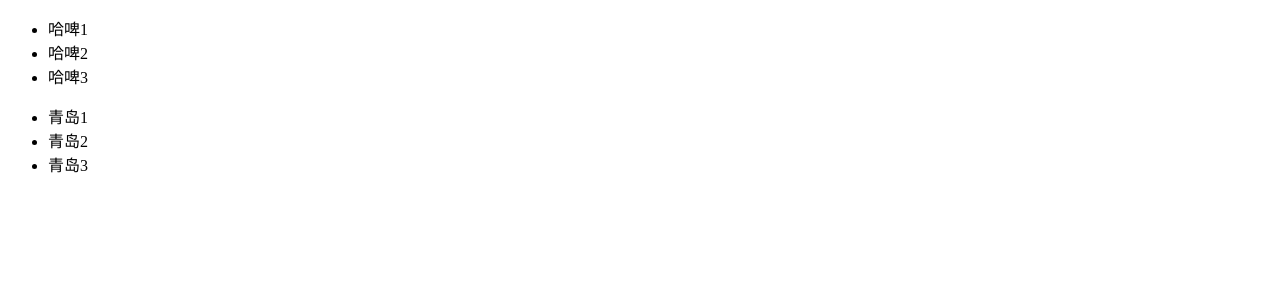
Repository: wyhzglgithub/mygitremote
Page: css/21-内墙法.html
The author's editor kept a copy of each file at every save. The page is drawn from the files as they stood at one save, then again after a run of saves.
The browser window is 1280 px wide. The pictures show the whole page.

Above is the page before, as saved 2021-10-13 17:28:38.

### css/21-内墙法.html
<!DOCTYPE html>
<html lang="en">
<head>
    <meta charset="UTF-8">
    <meta http-equiv="X-UA-Compatible" content="IE=edge">
    <meta name="viewport" content="width=device-width, initial-scale=1.0">
    <title>内墙法清除浮动</title>
    <style>

    </style>

</head>
<body>
    <div class="box1">
        <ul>
            <li>哈啤1</li>
            <li>哈啤2</li>
            <li>哈啤3</li>
        </ul>
    </div>
    <div class="box2">
        <ul>
            <li>青岛1</li>
            <li>青岛2</li>
            <li>青岛3</li>
        </ul>
    </div>
</body>
</html>

After the next 3 saves:
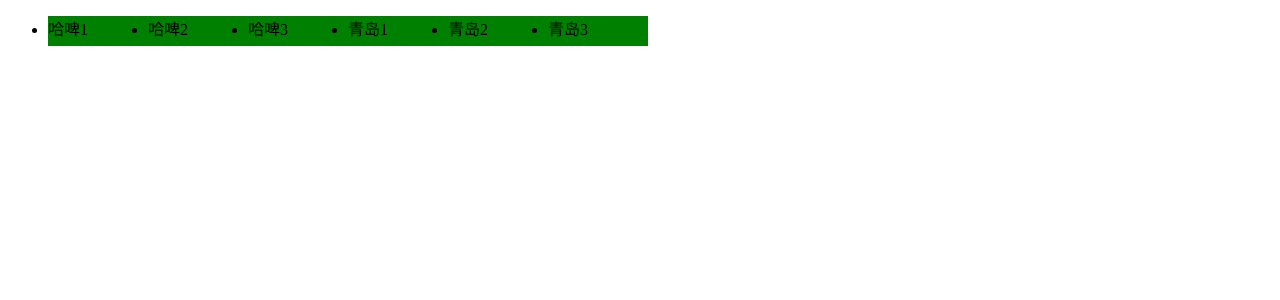
The 3 saves are shown as one change because they came seconds apart.
The last was saved 9 s later.
--- a/css/21-内墙法.html
+++ b/css/21-内墙法.html
@@ -6,7 +6,12 @@
     <meta name="viewport" content="width=device-width, initial-scale=1.0">
     <title>内墙法清除浮动</title>
     <style>
-
+        li{
+            float: left;
+            width: 100px;
+            height: 30px;
+            background-color:green;
+        }
     </style>
 
 </head>
